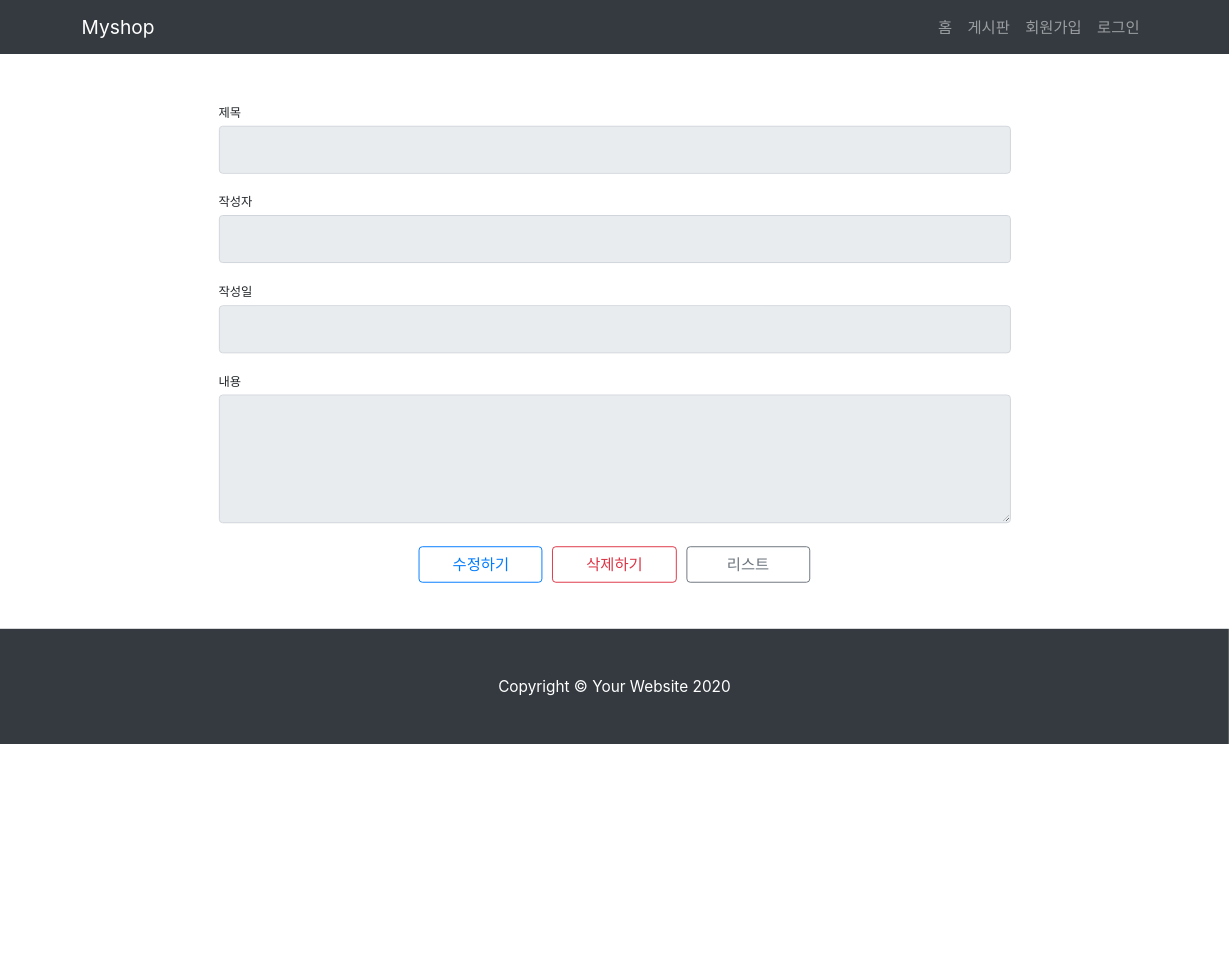
Repository: KimBiYam/ShoppingMallProject
Page: http://localhost/MyShop/WEB-INF/views/board/get.jsp
An editor plug-in stored every save of this project. The page is shown before and after the next save, followed by the edit.
The browser window is 1280 px wide. The pictures show the whole page, at 96% of full size.
Some web libraries are served in a nearby version. The page is served by Tomcat 9. Nobody is signed in. The template is opened directly, without the code that normally fills it, so the values that code supplies are empty.

Above is the page before, as saved 2020-04-18 08:54:10.

After the next save:
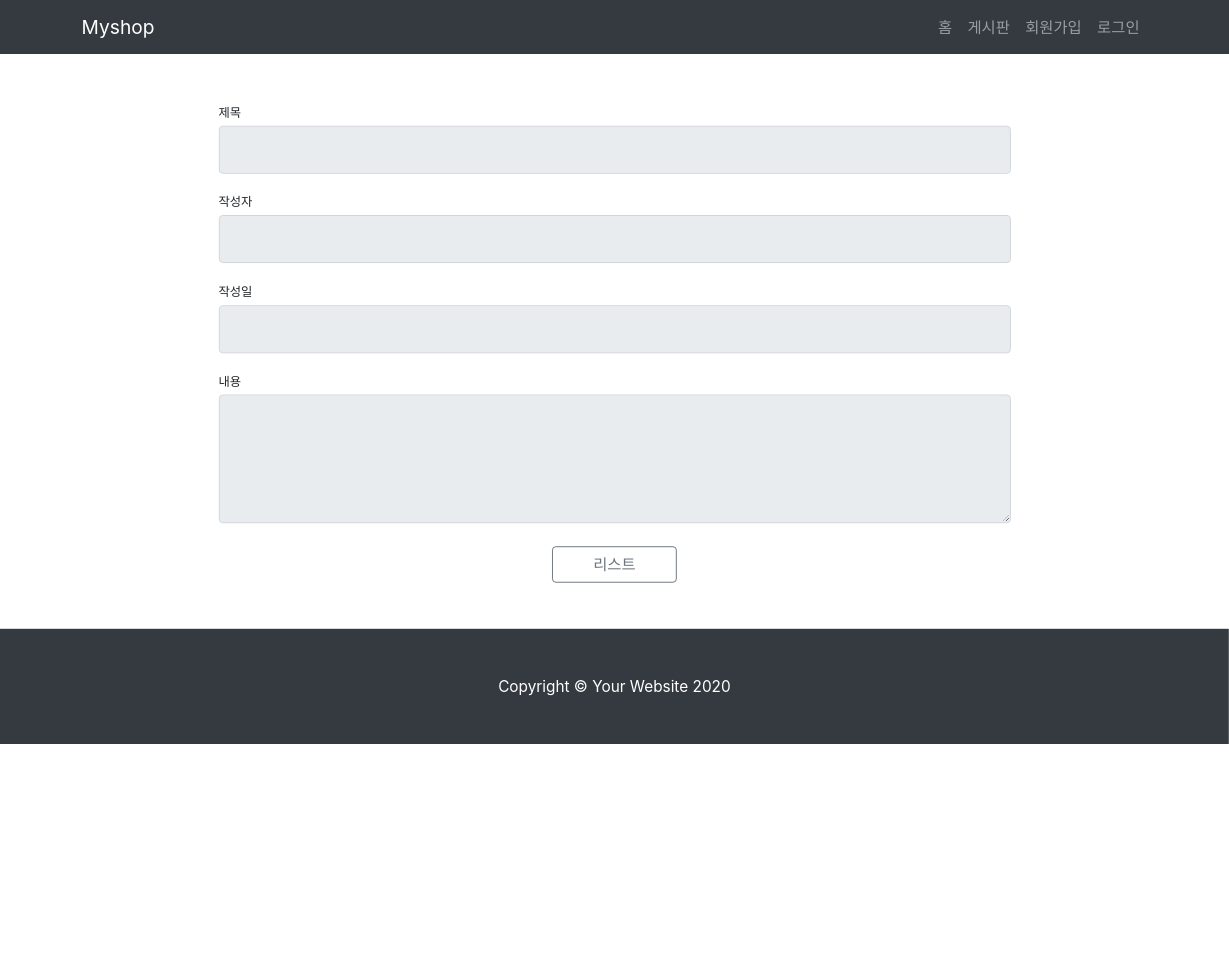
Saved 8 s later.
--- a/MyShop/src/main/webapp/WEB-INF/views/board/get.jsp
+++ b/MyShop/src/main/webapp/WEB-INF/views/board/get.jsp
@@ -40,13 +40,14 @@
 					</div>
 					<div class="form-group mt-4 mb-0">
 						<div class="form-row justify-content-center">
-						<sec:authorize access="isAuthenticated"></sec:authorize>
+						<sec:authorize access="isAuthenticated()">
 							<div class="col-md-2">
 								<a href="#" class="btn btn-outline-primary btn-block" id="btnWrite">수정하기</a>
 							</div>
 							<div class="col-md-2">
 								<a href="#" class="btn btn-outline-danger btn-block" id="btnWrite">삭제하기</a>
 							</div>
+						</sec:authorize>
 							<div class="col-md-2">
 								<a class="btn btn-outline-secondary btn-block" href="/myshop/board/list?type=${board.type }">리스트</a>
 							</div>
